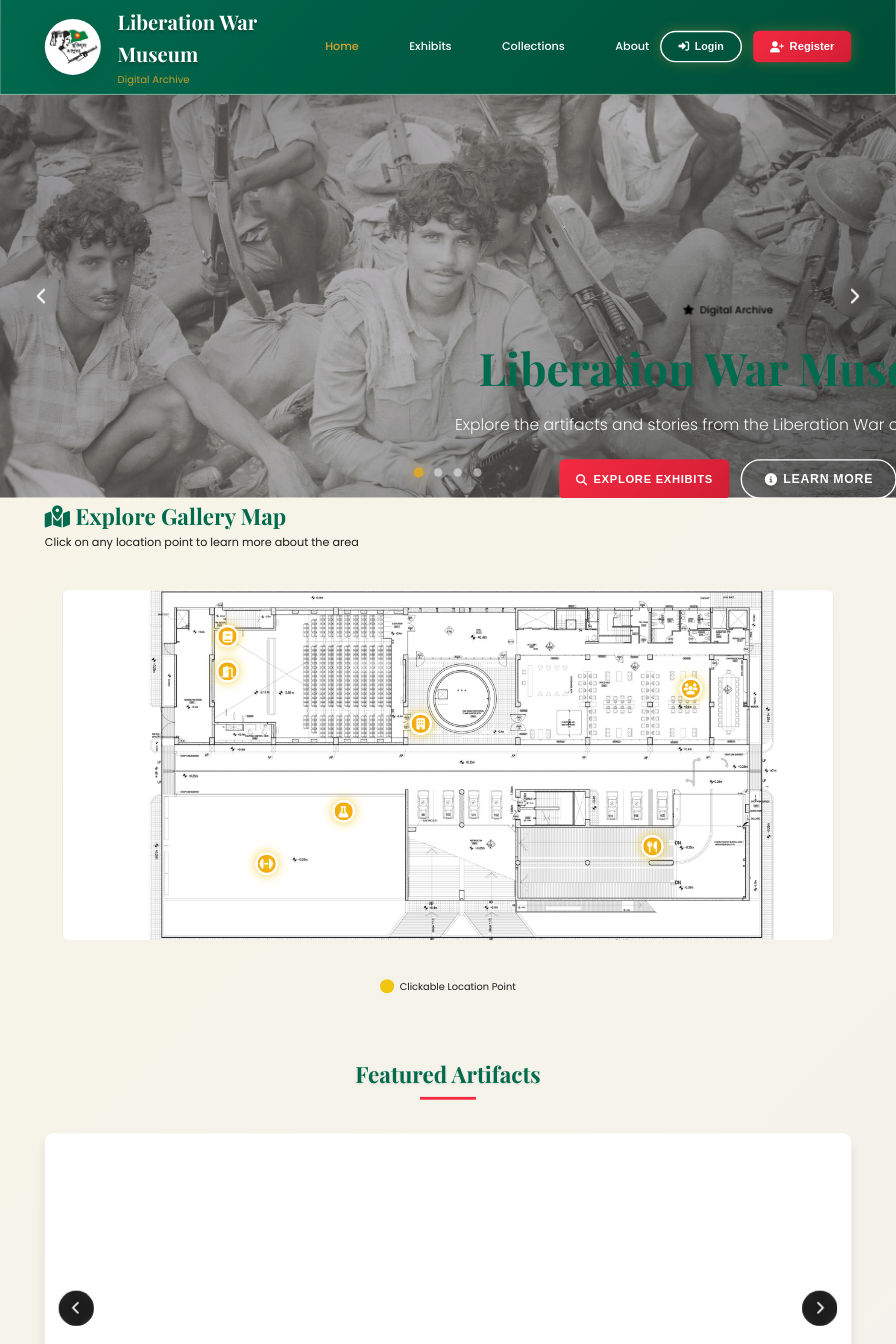
Repository: dip-ayon/web-final
Page: index.html
An editor plug-in stored every save of this project. The page is shown before and after the next save, followed by the edit.
The browser window is 1280 px wide. The pictures show the part of the page from y = 0 to 1920 px (the page is 4572 px tall), at 70% of full size.
The page's requests for data from a server got no answer.

Above is the page before, as saved 2025-09-01 17:54:53.
Console error: ReferenceError: viewArtifact is not defined

After the next save:
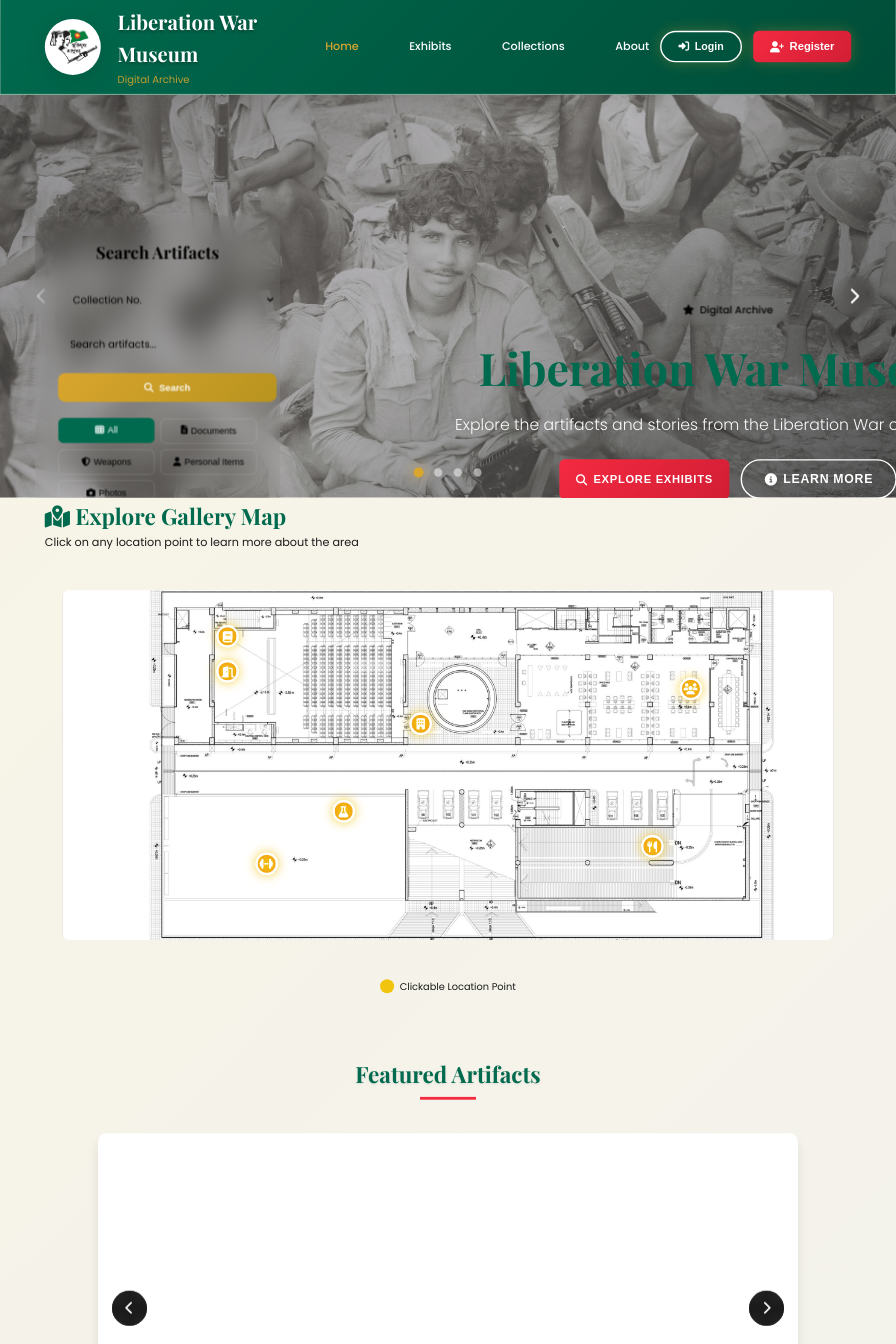
Saved 73 min 46 s later.
--- a/index.html
+++ b/index.html
@@ -98,7 +98,51 @@
             </div>
         </div>
 
-
+        <!-- Search Box Overlay (Left Side) -->
+        <div class="hero-search-overlay" data-aos="fade-right" data-aos-delay="500">
+            <div class="hero-search-box">
+                <h3>Search Artifacts</h3>
+                <div class="search-input-group">
+                    <select class="search-dropdown" id="slideshowSearchType" aria-label="Search by">
+                        <option value="collection_no">Collection No.</option>
+                        <option value="accession_no">Accession No</option>
+                        <option value="donor">Donor</option>
+                        <option value="object_type">Object Type</option>
+                        <option value="object_head">Object Head</option>
+                    </select>
+                    <input type="text" class="search-input" id="slideshowSearchValue" placeholder="Search artifacts..." aria-label="Search value">
+                    <button class="search-btn" onclick="searchArtifactsFromSlideshow()">
+                        <i class="fas fa-search"></i>
+                        Search
+                    </button>
+                </div>
+                <div class="search-filters">
+                    <button class="filter-btn active" data-filter="all">
+                        <i class="fas fa-th"></i>
+                        All
+                    </button>
+                    <button class="filter-btn" data-filter="documents">
+                        <i class="fas fa-file-alt"></i>
+                        Documents
+                    </button>
+                    <button class="filter-btn" data-filter="weapons">
+                        <i class="fas fa-shield-alt"></i>
+                        Weapons
+                    </button>
+                    <button class="filter-btn" data-filter="personal">
+                        <i class="fas fa-user"></i>
+                        Personal Items
+                    </button>
+                    <button class="filter-btn" data-filter="photos">
+                        <i class="fas fa-camera"></i>
+                        Photos
+                    </button>
+                </div>
+                <div class="search-results">
+                    <p>Search Results: <span id="resultCount">0</span> artifacts found</p>
+                </div>
+            </div>
+        </div>
 
         <!-- Hero Text Overlay -->
         <div class="hero-text" data-aos="fade-up" data-aos-delay="300">
@@ -174,8 +218,7 @@
             <h2 class="section-title">Featured Artifacts</h2>
 
             <!-- Featured Artifacts Slideshow -->
-
-            <div class="featured-slideshow-container" data-aos="fade-up" style="max-width: 100%;">
+            <div class="featured-slideshow-container" data-aos="fade-up">
                 <!-- Previous Arrow (Left Side) -->
                 <button class="slideshow-nav prev-btn" onclick="changeSlide(-1)">
                     <i class="fas fa-chevron-left"></i>
